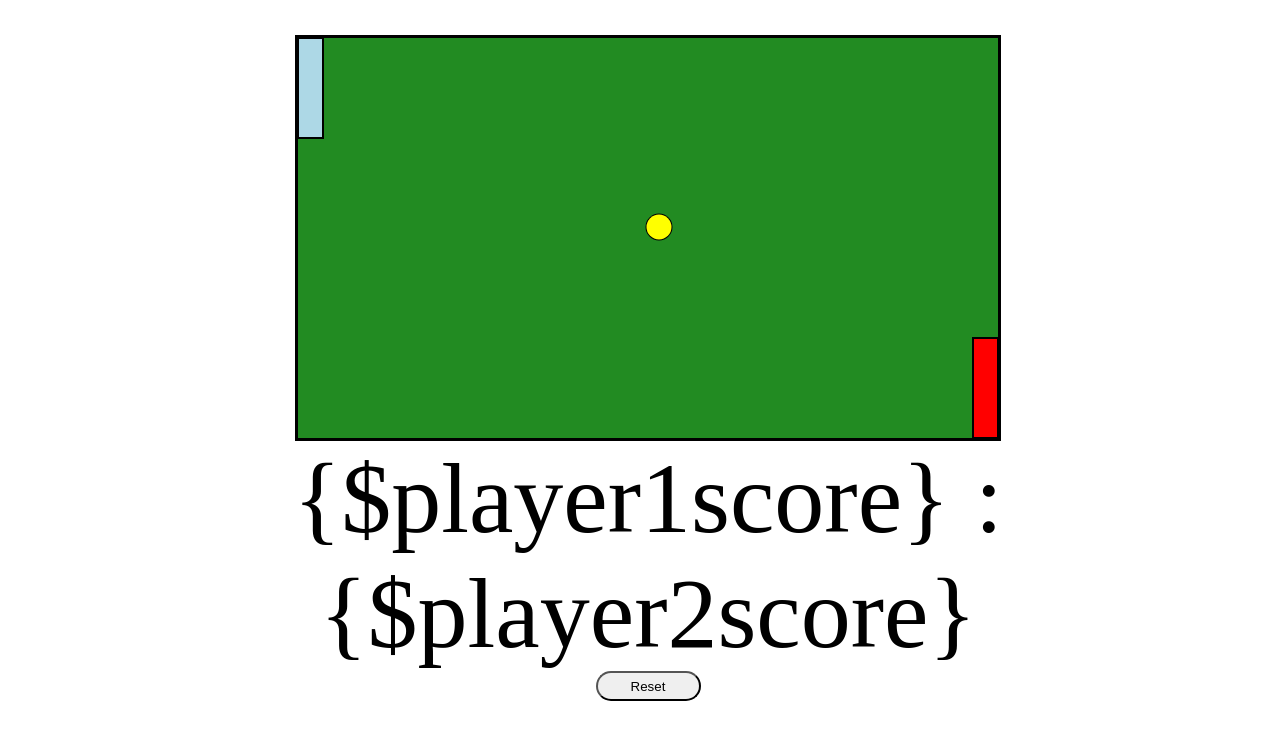
Repository: zacheys123/ping-pong
Page: index.html
These files come from the project's save history. The page is drawn as it stood at one moment and after the next save; the edit follows.
The browser window is 1280 px wide. The page is 1288 px wide, so the pictures cover 1288 px, including what lies to the right of the window. The pictures show the whole page.

Above is the page before, as saved 2023-07-01 00:30:49.

After the next save:
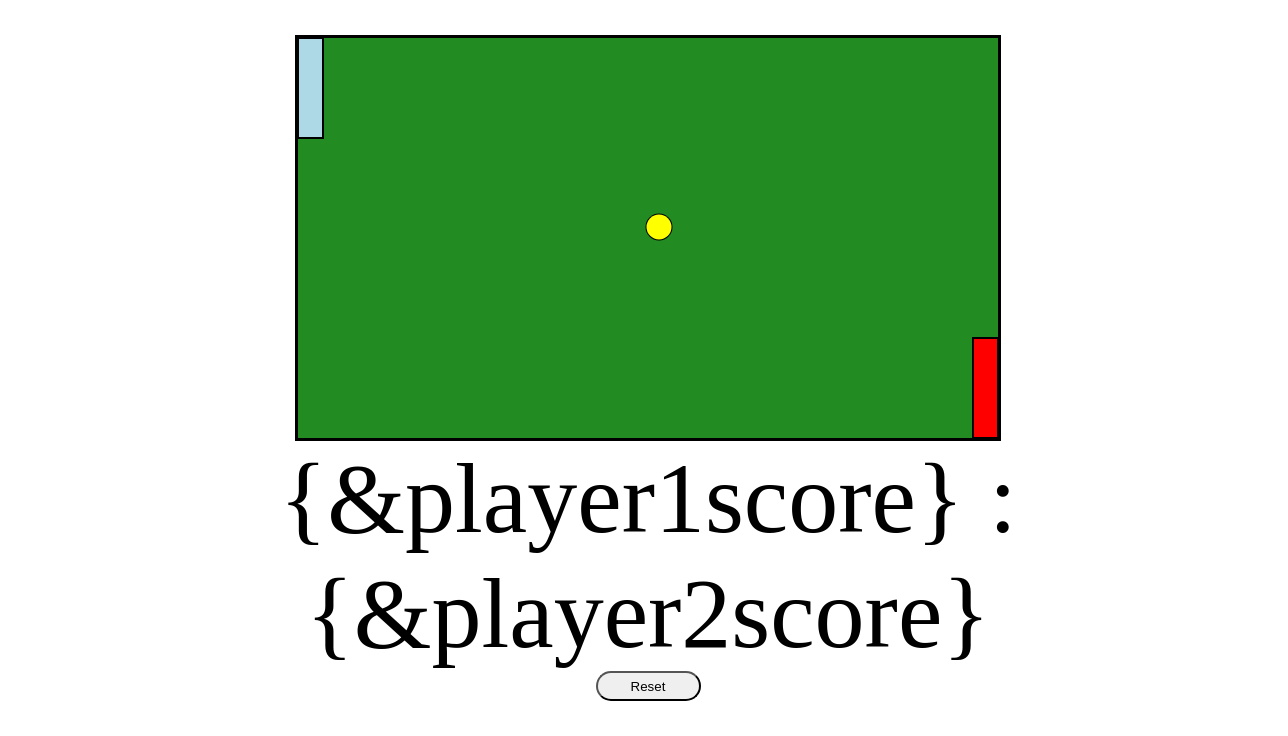
Saved 12 s later.
--- a/index.js
+++ b/index.js
@@ -139,6 +139,6 @@ function drawPaddles() {
 	ctx.strokeRect(paddle2.x, paddle2.y, paddle2.width, paddle2.height);
 }
 function updateScore() {
-	scoreText.textContent = `{$player1score} : {$player2score}`;
+	scoreText.textContent = `{&player1score} : {&player2score}`;
 }
 function reset() {}
